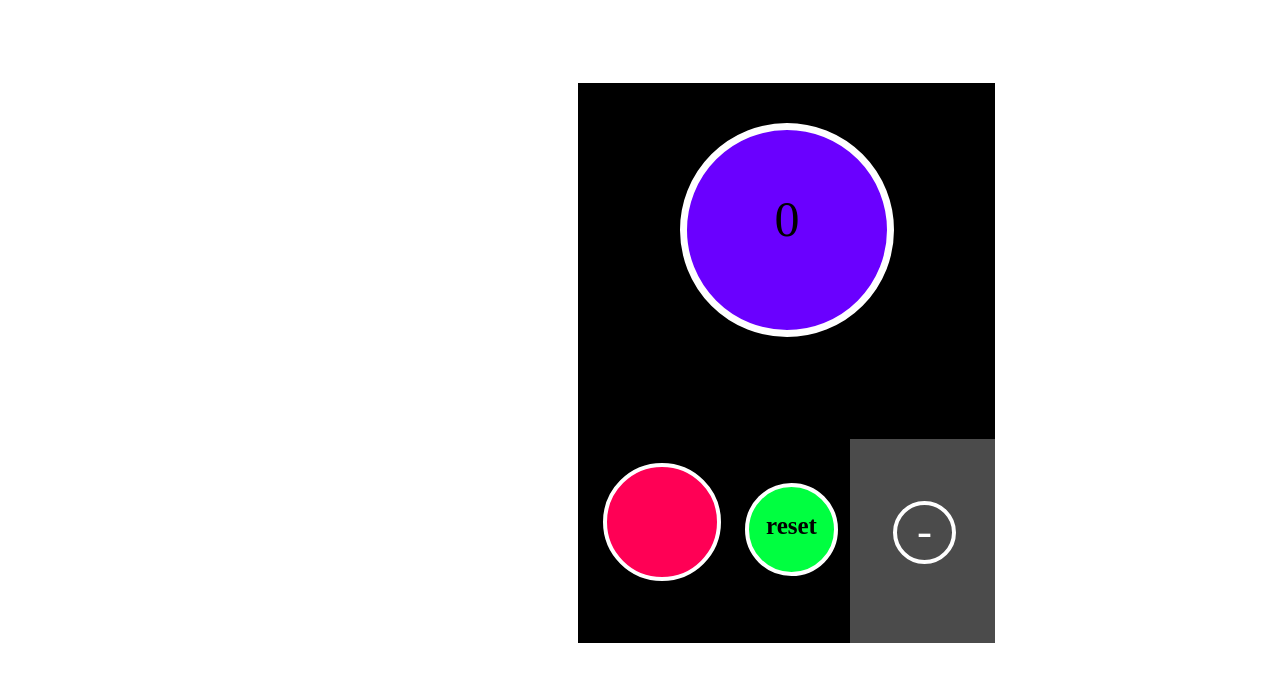
Repository: sara55m/Counter_App
Page: index.html
These files come from the project's save history. The page is drawn as it stood at one moment and after the next save; the edit follows.
The browser window is 1280 px wide. The pictures show the whole page.

Above is the page before, as saved 2024-07-31 18:21:46.

### index.html
<!DOCTYPE html>
<html lang="en">
<head>
    <meta charset="UTF-8">
    <meta name="viewport" content="width=device-width, initial-scale=1.0">
    <title>Document</title>
    <link rel="stylesheet" href="css/style.css">
</head>
<body>
    <div class="container">
        <div class="main" id="main"><p class="one" id="one"></p></div>
        <div class="increase" id="increase" onclick="increase()"><div class="increase2">+</div></div>
        <div class="decrease" id="decrease" onclick="decrease()"><div class="decrease2">-</div></div>
        <div class="reset" onclick="reset_1()"><p class="third">reset</p></div>
    </div>
    <script src="js/script.js"></script>
</body>
</html>

### css/style.css
.container{
    position: absolute;
    top:80px;
    left:575px;
    height:560px;
    width:417px;
    background-color: black;
    border:3px solid white;
}
p.one{
    text-align: center;

}

.main{
    position:absolute;
    top:40px;
    left:102px;
    height:180px;
    width:180px;
    border-radius: 50%;
    background-color: rgb(106, 0, 255);
    text-align: center;
    font-size: 50px;
    padding:10px;
    border:7px solid white;

}

.increase{
    position:absolute;
    top:380px;
    left:25px;
    height:110px;
    width:110px;
    border-radius: 50%;
    background-color: rgb(255, 0, 85);
    border:4px solid white;
    font-weight: bolder;
}

.decrease{
    position:absolute;
    top:356px;
    left:272px;
    background-color:#4b4b4b;
    height:204px;
    width:145px;

}
.decrease .decrease2{
    position:absolute;
    top:62px;
    left:43px;
    height:55px;
    width:55px;
    border-radius: 50%;
    border:4px solid white;
    background-color:#4b4b4b;
    text-align: center;
    font-size: 45px;
    color:white;
}

.reset{
    position:absolute;
    top:400px;
    left:167px;
    height:85px;
    width:85px;
    border-radius: 50%;
    background-color: rgb(0, 255, 64);
    font-weight: bolder;
    border:4px solid white;
}

p.third{
    font-size: 25px;
    text-align: center;
}

### js/script.js
let count=0;
document.getElementById("one").innerHTML=count;
function increase(){
    count+=1;
    document.getElementById("one").innerHTML=count;
}

function reset_1(){
    count=0;
    document.getElementById("one").innerHTML=count;
}

count=0;
document.getElementById("one").innerHTML=count;
function decrease(){
    count-=1;
    document.getElementById("one").innerHTML=count;

}

After the next save:
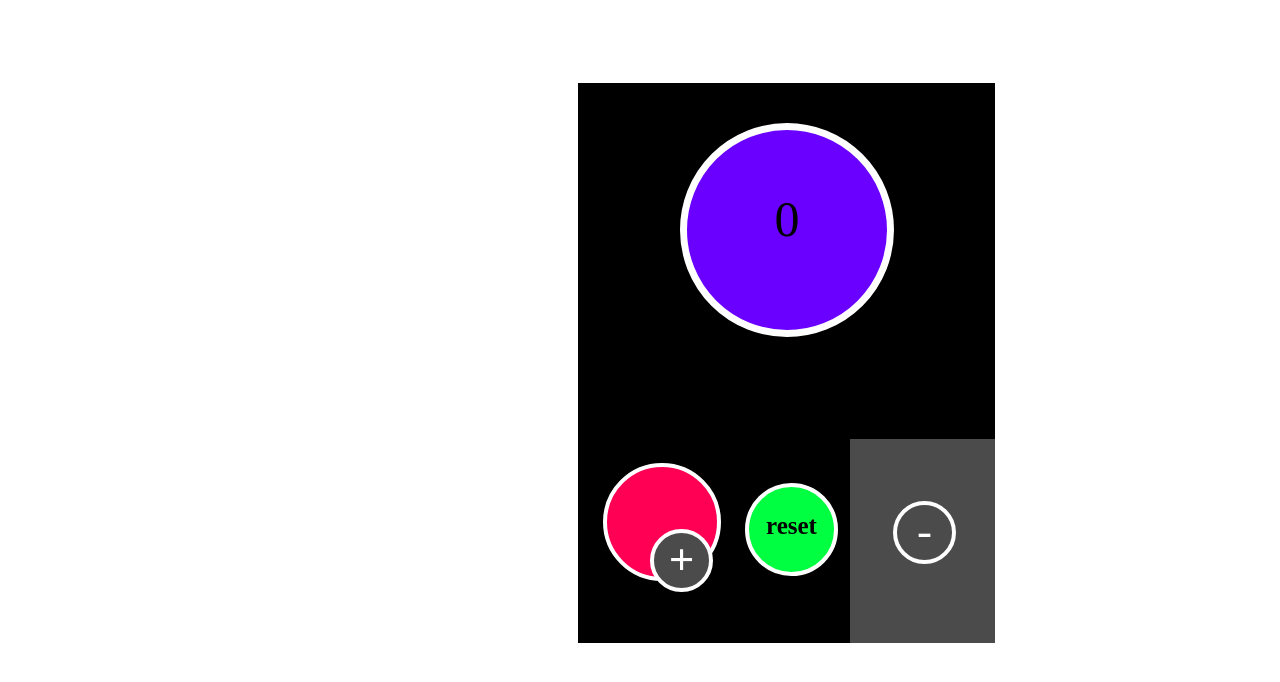
Saved 42 s later.
--- a/css/style.css
+++ b/css/style.css
@@ -39,6 +39,20 @@ p.one{
     font-weight: bolder;
 }
 
+.increase .increase2{
+    position:absolute;
+    top:62px;
+    left:43px;
+    height:55px;
+    width:55px;
+    border-radius: 50%;
+    border:4px solid white;
+    background-color:#4b4b4b;
+    text-align: center;
+    font-size: 45px;
+    color:white;
+}
+
 .decrease{
     position:absolute;
     top:356px;
